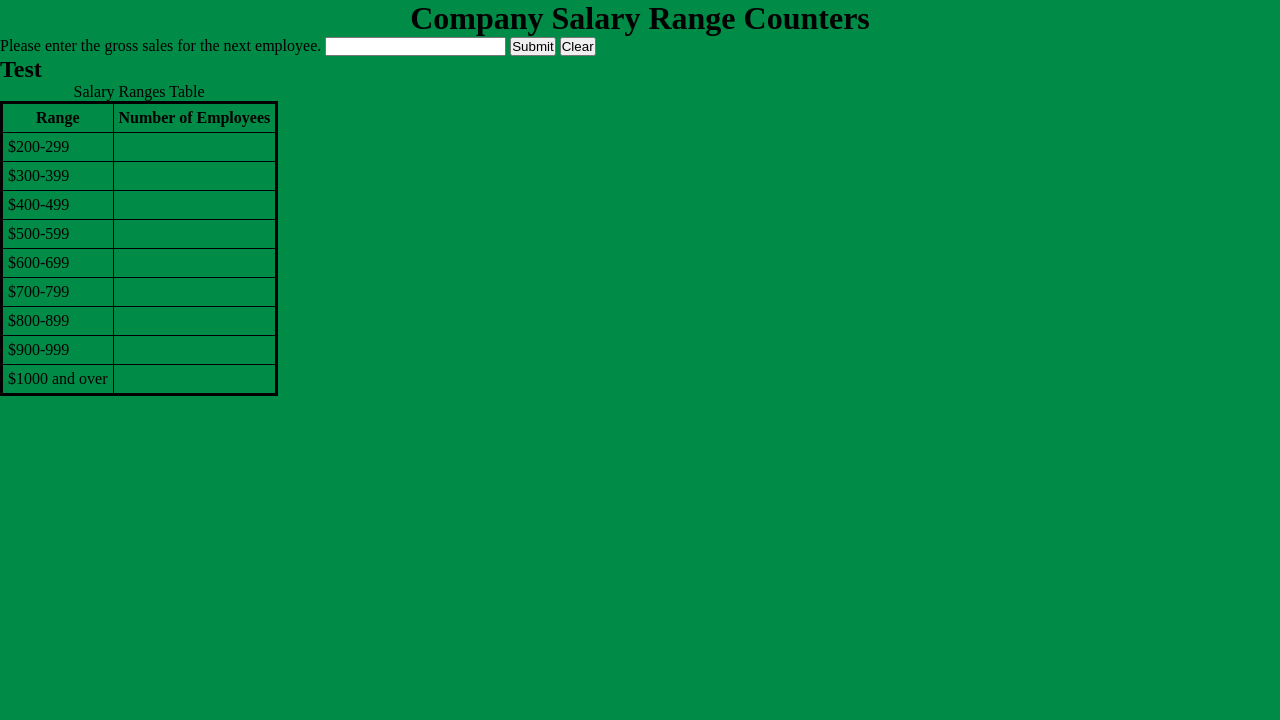
Repository: mlmEFSC21/P17-Sales-Commision
Page: sales.html
These files come from the project's save history. The page is drawn as it stood at one moment and after the next save; the edit follows.
The browser window is 1280 px wide. The pictures show the whole page.

Above is the page before, as saved 2022-04-02 07:55:44.

After the next save:
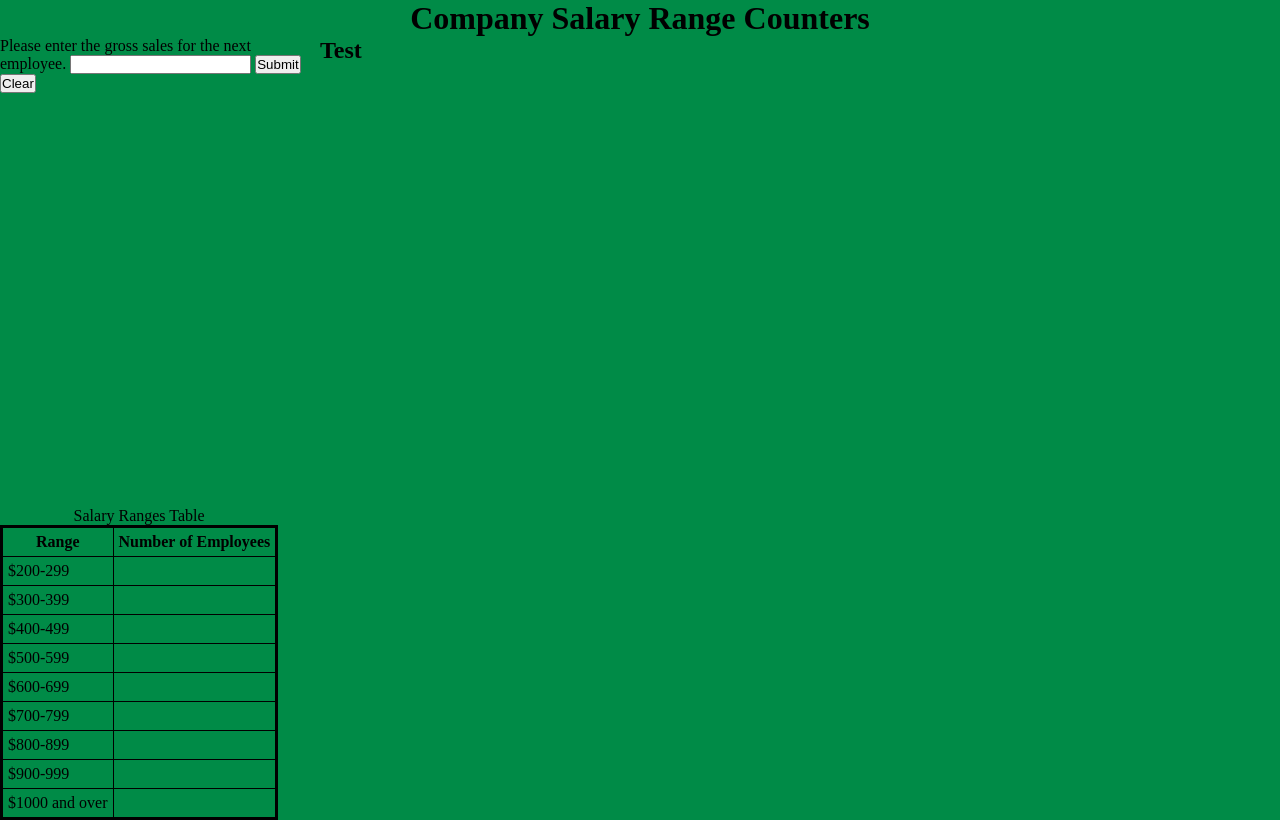
Saved 37 s later.
--- a/sales.html
+++ b/sales.html
@@ -12,7 +12,7 @@
         <header class="mainHeader">
             <h1>Company Salary Range Counters</h1>
         </header>
-        <section>
+        <section class="mainContent">
             <div class="formContainer" id="formContainer">
                 <form class="salaryForm" id="salaryForm">
                     <label for="grossSales"
